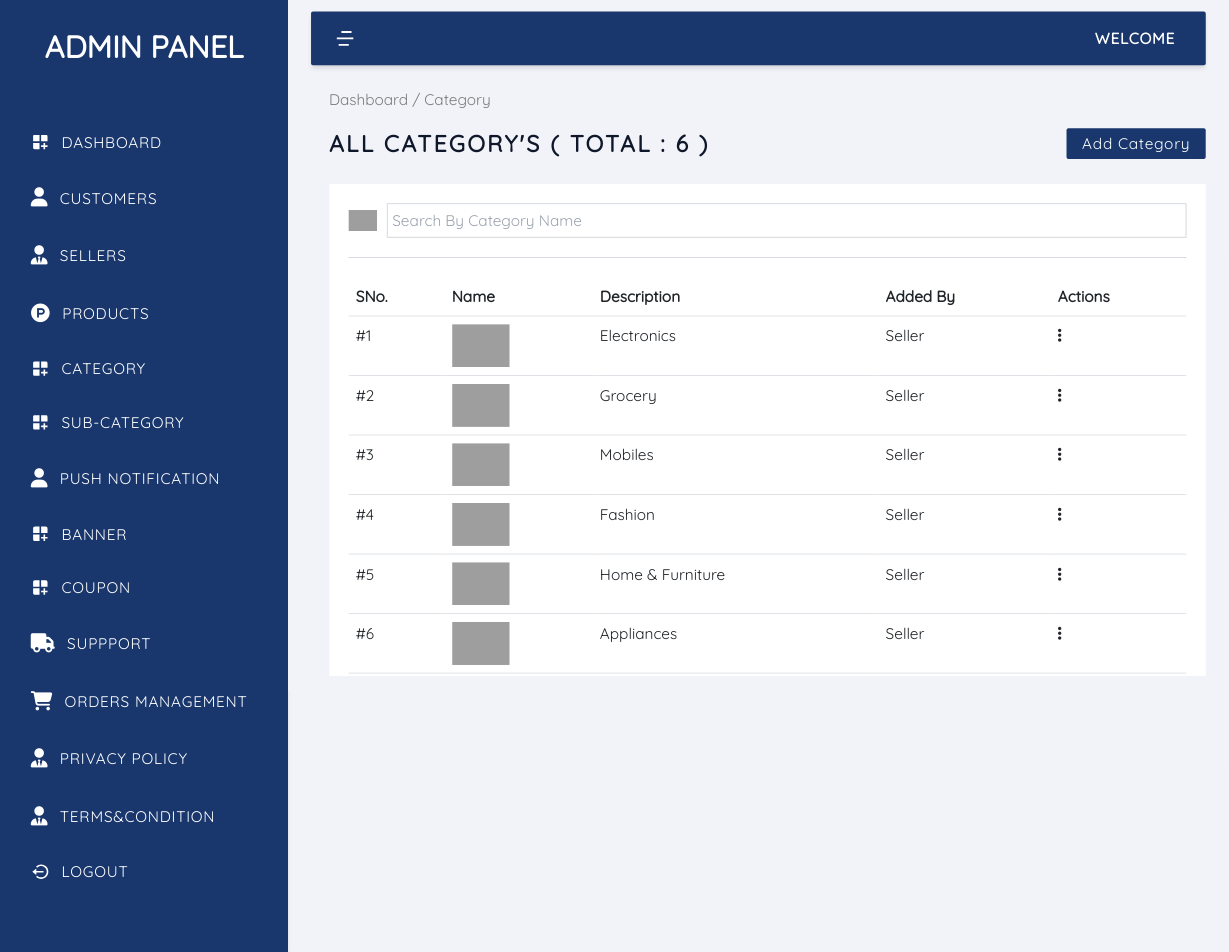
Repository: shishpal2000/admin.aschpro
Page: /Category
These files come from the project's save history. The page is drawn as it stood at one moment and after the next save; the edit follows.
The browser window is 1280 px wide. The pictures show the whole page, at 96% of full size.
Pictures or frames that could not be fetched are drawn as grey boxes. An inner scrolling area shows only its first screen. Some web libraries are served in a nearby version. The project was rebuilt for these pictures with package versions that can differ from the ones it lists, and the page was loaded fresh each time. Also part of the build but not shown: src/E-CommerceAdmin/forms/Login.jsx, src/E-CommerceAdmin/pages/Dashboard.jsx, src/E-CommerceAdmin/pages/EProduct.js, src/E-CommerceAdmin/pages/EVendorList.js, src/E-CommerceAdmin/pages/EAdminOrders.js, src/E-CommerceAdmin/pages/EAdminDelivery.js, src/E-CommerceAdmin/pages/EAdminCustomer.js, src/E-CommerceAdmin/pages/ESubCategory.js and 6 more. Imported but missing from the stored project, and not drawn on this page: src/E-CommerceAdmin/pages/Complaints, src/E-CommerceAdmin/pages/Component/SpinnerComp, src/E-CommerceAdmin/pages/EAdmin, src/E-CommerceAdmin/pages/EAdminProduct, src/E-CommerceAdmin/pages/ESingleProduct, src/E-CommerceAdmin/pages/GetMeThis, src/E-CommerceAdmin/pages/HelpSupport.

Above is the page before, as saved 2023-06-28 16:32:21.

### public/index.html
<!-- @format -->

<!DOCTYPE html>
<html lang="en">
  <head>
    <meta charset="utf-8" />
    <meta name="viewport" content="width=device-width, initial-scale=1" />
    <meta name="theme-color" content="#000000" />
    <meta
      name="description"
      content="Web site created using create-react-app"
    />
    <link rel="icon" href="%PUBLIC_URL%/favicon.png" />
    <link rel="manifest" href="%PUBLIC_URL%/manifest.json" />
    <link rel="preconnect" href="https://fonts.googleapis.com" />
    <link rel="preconnect" href="https://fonts.gstatic.com" crossorigin />
    <link
      href="https://fonts.googleapis.com/css2?family=Roboto+Mono:ital,wght@1,300&display=swap"
      rel="stylesheet"
    />
    <link rel="preconnect" href="https://fonts.googleapis.com">
<link rel="preconnect" href="https://fonts.gstatic.com" crossorigin>
<link href="https://fonts.googleapis.com/css2?family=Quicksand&display=swap" rel="stylesheet">
    <title>Subharambh</title>
  </head>
  <body>
    <noscript>You need to enable JavaScript to run this app.</noscript>
    <div id="root"></div>
    <script src="https://code.jquery.com/jquery-3.6.0.min.js"></script>
    <script
      src="https://kit.fontawesome.com/b533b351e4.js"
      crossorigin="anonymous"
    ></script>
    <script
      type="module"
      src="https://unpkg.com/ionicons@7.1.0/dist/ionicons/ionicons.esm.js"
    ></script>
    <script
      nomodule
      src="https://unpkg.com/ionicons@7.1.0/dist/ionicons/ionicons.js"
    ></script>
  </body>
</html>

### src/E-CommerceAdmin/pages/ECategory.js
/** @format */

import React, { useEffect, useState } from "react";
import HOC from "../layout/HOC";
import {
  Table,
  Modal,
  Form,
  Button,
  FloatingLabel,
  Alert,
} from "react-bootstrap";
import { Dropdown, Menu } from "antd";
import { Link } from "react-router-dom";

const ECategory = () => {
  const [modalShow, setModalShow] = React.useState(false);
  const [edit, setEdit] = useState("");

  const data = [
    {
      img: "https://rukminim1.flixcart.com/flap/128/128/image/69c6589653afdb9a.png?q=100",
      name: "Electronics",
    },
    {
      img: "https://rukminim1.flixcart.com/flap/128/128/image/29327f40e9c4d26b.png?q=100",
      name: "Grocery",
    },
    {
      img: "https://rukminim1.flixcart.com/flap/128/128/image/22fddf3c7da4c4f4.png?q=100",
      name: "Mobiles",
    },
    {
      img: "https://rukminim1.flixcart.com/fk-p-flap/128/128/image/0d75b34f7d8fbcb3.png?q=100",
      name: "Fashion",
    },
    {
      img: "https://rukminim1.flixcart.com/flap/128/128/image/ab7e2b022a4587dd.jpg?q=100",
      name: "Home & Furniture",
    },
    {
      img: "https://rukminim1.flixcart.com/flap/128/128/image/0ff199d1bd27eb98.png?q=100",
      name: "Appliances",
    },
  ];

  // Pagination and Filter
  const [query, setQuery] = useState("");
  const [currentPage2, setCurrentPage2] = useState(1);
  const [postPerPage2] = useState(10);
  const lastPostIndex2 = currentPage2 * postPerPage2;
  const firstPostIndex2 = lastPostIndex2 - postPerPage2;

  let pages2 = [];

  const TotolData = query
    ? data?.filter(
        (i) =>
          i?.name?.toLowerCase().includes(query?.toLowerCase())
      )
    : data;

  useEffect(() => {
    if (query) {
      setCurrentPage2(1);
    }
  }, [query]);

  const slicedData = TotolData?.slice(firstPostIndex2, lastPostIndex2);

  for (let i = 1; i <= Math.ceil(TotolData?.length / postPerPage2); i++) {
    pages2.push(i);
  }

  function Next() {
    setCurrentPage2(currentPage2 + 1);
  }

  function Prev() {
    if (currentPage2 !== 1) {
      setCurrentPage2(currentPage2 - 1);
    }
  }

  function MyVerticallyCenteredModal(props) {
    return (
      <Modal
        {...props}
        size="lg"
        aria-labelledby="contained-modal-title-vcenter"
        centered
      >
        <Modal.Header closeButton>
          <Modal.Title id="contained-modal-title-vcenter">
            {" "}
            {edit ? "Edit Category" : " Add Category"}
          </Modal.Title>
        </Modal.Header>
        <Modal.Body>
          <Form>
            <Form.Group className="mb-3">
              <Form.Label>Image</Form.Label>
              <Form.Control type="file" required />
            </Form.Group>
            <Form.Group className="mb-3">
              <Form.Label>Name</Form.Label>
              <Form.Control type="text" required />
            </Form.Group>

            <FloatingLabel
              controlId="floatingTextarea2"
              label="Description"
              className="mb-3"
            >
              <Form.Control as="textarea" />
            </FloatingLabel>

            <Button
              style={{ backgroundColor: "#19376d", borderRadius: "0" }}
              type="submit"
            >
              Submit
            </Button>
          </Form>
        </Modal.Body>
      </Modal>
    );
  }

  return (
    <>
      <MyVerticallyCenteredModal
        show={modalShow}
        onHide={() => setModalShow(false)}
      />

      <section>
        <p className="headP">Dashboard / Category</p>
        <div
          className="pb-4   w-full flex justify-between items-center"
          style={{ width: "98%", marginLeft: "2%" }}
        >
          <span
            className="tracking-widest text-slate-900 font-semibold uppercase"
            style={{ fontSize: "1.5rem" }}
          >
            All Category's ( Total : {data?.length} )
          </span>
          <button
            onClick={() => {
              setEdit(false);
              setModalShow(true);
            }}
            className="md:py-2 px-3 md:px-4 py-1 rounded-sm bg-[#19376d] text-white tracking-wider"
          >
            Add Category
          </button>
        </div>

        <section className="sectionCont">
          {data?.length === 0 || !data ? (
            <Alert>Categories Not Found</Alert>
          ) : (
            <>
              <div className="filterBox">
                <img
                  src="https://t4.ftcdn.net/jpg/01/41/97/61/360_F_141976137_kQrdYIvfn3e0RT1EWbZOmQciOKLMgCwG.jpg"
                  alt=""
                />
                <input
                  type="search"
                  placeholder="Search By Category Name"
                  onChange={(e) => setQuery(e.target.value)}
                />
              </div>

              <div className="overFlowCont">
                <Table>
                  <thead>
                    <tr>
                      <th>SNo.</th>
                      <th>Name</th>
                      <th>Description</th>
                      <th>Added By</th>
                      <th>Actions</th>
                    </tr>
                  </thead>
                  <tbody>
                    {slicedData?.map((i, index) => (
                      <tr key={index}>
                        <td>#{index + 1} </td>
                        <td>
                          <img src={i.img} alt="" style={{ width: "60px" }} />
                        </td>
                        <td>{i.name} </td>
                        <td> Seller</td>

                        <td >
                        <Dropdown
                          overlay={
                            <Menu>
                              <Menu.Item key="2">
                                <div className="two_Sec_Div">
                                  <i className="fa-solid fa-eye"></i>
                                  <Link to={`/product/${i.name}`}>
                                    <p>View Product</p>
                                  </Link>
                                </div>
                              </Menu.Item>
                              <Menu.Item key="3">
                                <div className="two_Sec_Div">
                                  <i className="fa-sharp fa-solid fa-trash"></i>
                                  <p>Delete Product</p>
                                </div>
                              </Menu.Item>
                            </Menu>
                          }
                          trigger={["click"]}
                        >
                          <i className="fa-solid fa-ellipsis-vertical"></i>
                        </Dropdown>
                      </td>

                      </tr>
                    ))}
                  </tbody>
                </Table>
                {/* Pagination */}
                <div className="pagination">
                  <button onClick={() => Prev()} className="prevBtn">
                    <i className="fa-solid fa-backward"></i>
                  </button>
                  {currentPage2 === 1 ? (
                    ""
                  ) : (
                    <button onClick={() => setCurrentPage2(1)}>1</button>
                  )}

                  {pages2
                    ?.slice(currentPage2 - 1, currentPage2 + 3)
                    .map((i, index) =>
                      i === pages2?.length ? (
                        ""
                      ) : (
                        <button
                          key={index}
                          onClick={() => setCurrentPage2(i)}
                          className={currentPage2 === i ? "activePage" : ""}
                        >
                          {" "}
                          {i}{" "}
                        </button>
                      )
                    )}

                  <button
                    onClick={() => setCurrentPage2(pages2?.length)}
                    className={
                      currentPage2 === pages2?.length ? "activePage" : ""
                    }
                  >
                    {" "}
                    {pages2?.length}{" "}
                  </button>

                  {currentPage2 === pages2?.length ? (
                    ""
                  ) : (
                    <button onClick={() => Next()} className="nextBtn">
                      {" "}
                      <i className="fa-sharp fa-solid fa-forward"></i>
                    </button>
                  )}
                </div>
              </div>
            </>
          )}
        </section>
      </section>
    </>
  );
};

export default HOC(ECategory);

### src/E-CommerceAdmin/layout/HOC.jsx
/** @format */

import React, { useState } from "react";
import Navbar from "./Navbar";
import Sidebar from "./Sidebar";

const HOC = (Wcomponenet) => {
  return function Component() {
    const [hamb, setHamb] = useState(false);
    return (
      <>
        <section
          className="flex overflow-x-hidden relative "
          style={{ backgroundColor: "#f2f3f8" }}
        >
          {/* Sidebar */}
          <div
            className={
              hamb
                ? " absolute top-0 z-30 md:w-auto shadow-md bg-slate-200  w-60 transition-all md:-left-full left duration-150  h-auto overflow-y-auto  left-0 "
                : " md:w-72 z-30 bg-slate-200  shadow-md  md:static absolute top-0 -left-full   transition-all duration-150  overflow-y-auto h-auto"
            }
            style={{ minWidth: "300px" }}
          >
            <Sidebar hamb={hamb} setHamb={setHamb} />
          </div>
          {/* Components & Navbar */}
          <div
            className={
              hamb
                ? " transition-all px-4 py-2  duration-150 w-full h-screen"
                : " w-full h-screen  px-4 py-2   z-50 transition-all duration-150 "
            }
            style={{ backgroundColor: "#f2f3f8" }}
          >
            <Navbar hamb={hamb} setHamb={setHamb} />
            <div className="my-6 text-#000 h-[87%] wcomp overflow-y-auto">
              {" "}
              <Wcomponenet />
            </div>
          </div>
        </section>
      </>
    );
  };
};

export default HOC;

### src/E-CommerceAdmin/layout/Navbar.jsx
/** @format */

import { RiMenu4Line } from "react-icons/ri";

const Navbar = ({ hamb, setHamb }) => {
  const AdminName = localStorage.getItem("AdminName")
  return (
    <>
      <div
        className={
          hamb
            ? "flex  w-full justify-between  my-1 rounded-sm  p-4 py-3 shadow-md items-center  bg-slate-200 space-x-4"
            : "flex  w-full justify-between my-1 rounded-sm  p-4 py-3 shadow-md items-center  bg-slate-200 space-x-4"
        }
        style={{ backgroundColor: "#19376d" }}
      >
        <RiMenu4Line
          onClick={() => setHamb(!hamb)}
          className="text-2xl font-bold text-gray-900 hover:scale-90 cursor-pointer"
          style={{ color: "#fff" }}
        />

        <section className="flex sm:ml-auto justify-end sm:w-full items-center space-x-2  pr-2">
          <figcaption className="tracking-wider pl-1 font-semibold">
            <div
              className="lg:text-base text-sm text-gray-900  uppercase"
              style={{ color: "#fff" }}
            >
              Welcome {AdminName}
            </div>
          </figcaption>
        </section>
      </div>
    </>
  );
};

export default Navbar;

### src/E-CommerceAdmin/layout/Sidebar.jsx
/** @format */

import React from "react";
import { RiCloseLine } from "react-icons/ri";
import { Link, useNavigate } from "react-router-dom";
import { BiLogOutCircle } from "react-icons/bi";
import { MdDashboardCustomize } from "react-icons/md";

const Sidebar = ({ hamb, setHamb }) => {
  const navigate = useNavigate();

  const nav = [
    {
      icon: <MdDashboardCustomize className="text-xl mr-3 rounded-full " />,
      link: "/dashboard ",
      name: "Dashboard",
    },

    {
      icon: (
        <i className="fa-solid fa-user text-xl mr-3 rounded-full"></i>
      ),
      link: "/Customer",
      name: "Customers",
    },
    {
      icon: <i className="fa-solid fa-user-tie text-xl mr-3 rounded-full"></i>,
      link: "/VendorList",
      name: "Sellers",
    },
    {
      icon: (
    <i className="fa-brands fa-product-hunt text-xl mr-3 rounded-full"></i>
      ),
      link: "/Product",
      name: "Products",
    },
    {
      icon: <MdDashboardCustomize className="text-xl mr-3 rounded-full " />,
      link: "/Category",
      name: "Category",
    },

    {
      icon: <MdDashboardCustomize className="text-xl mr-3 rounded-full " />,
      link: "/SubCategory",
      name: "Sub-Category",
    },
    {
      icon: <i className="fa-solid fa-user text-xl mr-3 rounded-full"></i>,
      link: "/pushNotification",
      name: "Push Notification",
    },

    {
      icon: <MdDashboardCustomize className="text-xl mr-3 rounded-full " />,
      link: "/banner",
      name: "Banner",
    },
    {
      icon: <MdDashboardCustomize className="text-xl mr-3 rounded-full " />,
      link: "/coupon",
      name: "Coupon",
    },

    {
      icon: <i className="fa-solid fa-truck  text-xl mr-3 rounded-full"></i>,
      link: "/Support",
      name: "Suppport",
    },
    {
      icon: (
        <i className="fa-solid fa-cart-shopping text-xl mr-3 rounded-full"></i>
      ),
      link: "/Orders",
      name: "Orders Management",
    },

    {
      icon: <i className="fa-solid fa-user-tie text-xl mr-3 rounded-full"></i>,
      link: "/privacy",
      name: "Privacy Policy",
    },
    {
      icon: <i className="fa-solid fa-user-tie text-xl mr-3 rounded-full"></i>,
      link: "/terms",
      name: "Terms&Condition",
    }
  ];

  const logOut = () => {
    localStorage.clear()
    navigate("/");
  };

  return (
    <>
      <aside
        className="p-4 h-auto"
        style={{ backgroundColor: "#19376d", minHeight: "100vh" }}
      >
        {/* Top */}
        <div className="w-full md:hidden relative  p-2 mb-4">
          <RiCloseLine
            onClick={() => setHamb(!hamb)}
            className="text-3xl  absolute top-2 sm:hover:rotate-[228deg] transition-transform font-bold right-2 sm:hover:text-[22px] text-[rgb(241,146,46)] cursor-pointer"
          />
        </div>{" "}
        <figure className="flex  flex-col items-center">
          <span
            className="font-bold text-[#fff]"
            style={{
              fontSize: "2rem",
              textAlign: "center",
              textTransform: "uppercase",
            }}
          >
            {" "}
            ADMIN PANEL
          </span>
        </figure>
        <nav className="py-6">
          {nav.map((nav) => {
            return (
              <Link
                to={nav.link}
                key={nav.name}
                className=""
                style={{ textDecoration: "none", textTransform: "uppercase" }}
              >
                <span
                  className="flex my-3 items-center cursor-pointer text-gray-900    tracking-wider p-2 rounded-sm"
                  style={{ color: "#FFF" }}
                >
                  {nav.icon} {nav.name}
                </span>
              </Link>
            );
          })}
          <span
            className="flex my-3 items-center cursor-pointer text-gray-900    tracking-wider p-2 rounded-sm"
            onClick={() => logOut()}
            style={{ color: "#FFF", textTransform: "uppercase" }}
          >
            <BiLogOutCircle className="text-xl mr-3 rounded-full " /> LogOut
          </span>
        </nav>
      </aside>
    </>
  );
};

export default Sidebar;

Loaded but not shown: tailwind.config.js (common file); src/App.js (70 lines, source omitted); src/index.js (15 lines, source omitted); src/index.css (533 lines, source omitted)

After the next save:
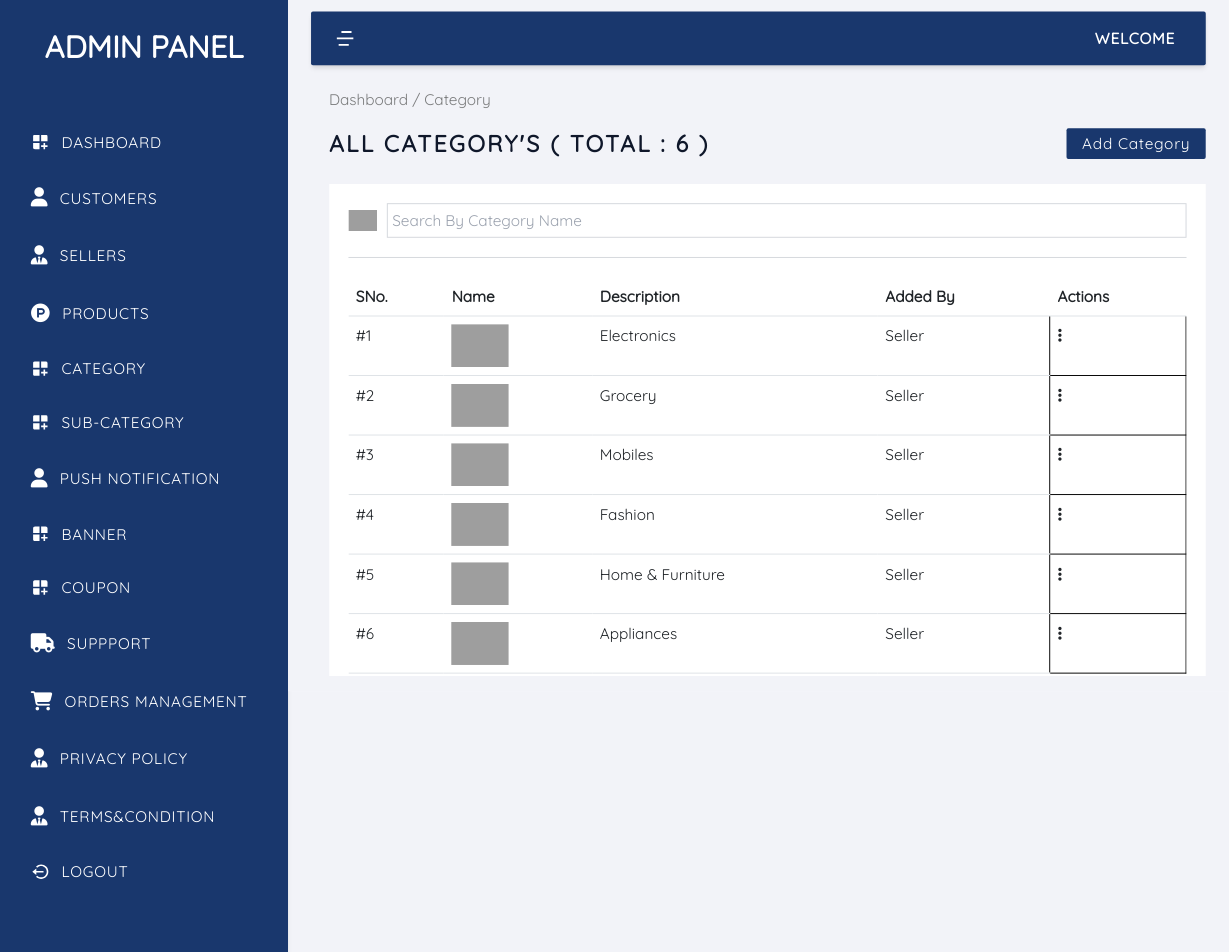
Saved 13 s later.
--- a/src/E-CommerceAdmin/pages/ECategory.js
+++ b/src/E-CommerceAdmin/pages/ECategory.js
@@ -195,7 +195,7 @@
                         <td>{i.name} </td>
                         <td> Seller</td>
 
-                        <td >
+                        <td style={{border : '1px solid black'}}>
                         <Dropdown
                           overlay={
                             <Menu>

After the save that followed:
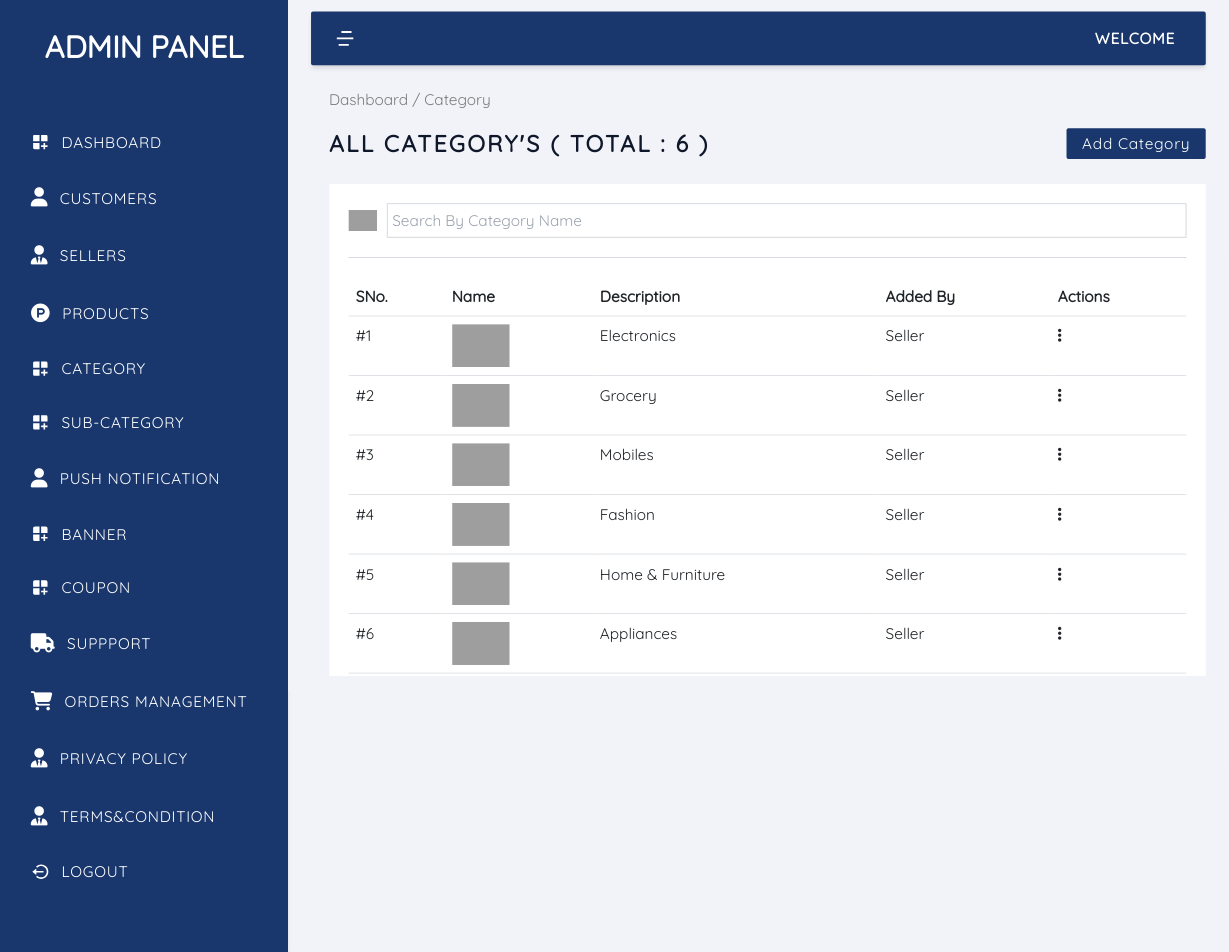
Saved 9 s later.
--- a/src/E-CommerceAdmin/pages/ECategory.js
+++ b/src/E-CommerceAdmin/pages/ECategory.js
@@ -195,7 +195,7 @@
                         <td>{i.name} </td>
                         <td> Seller</td>
 
-                        <td style={{border : '1px solid black'}}>
+                        <td >
                         <Dropdown
                           overlay={
                             <Menu>
